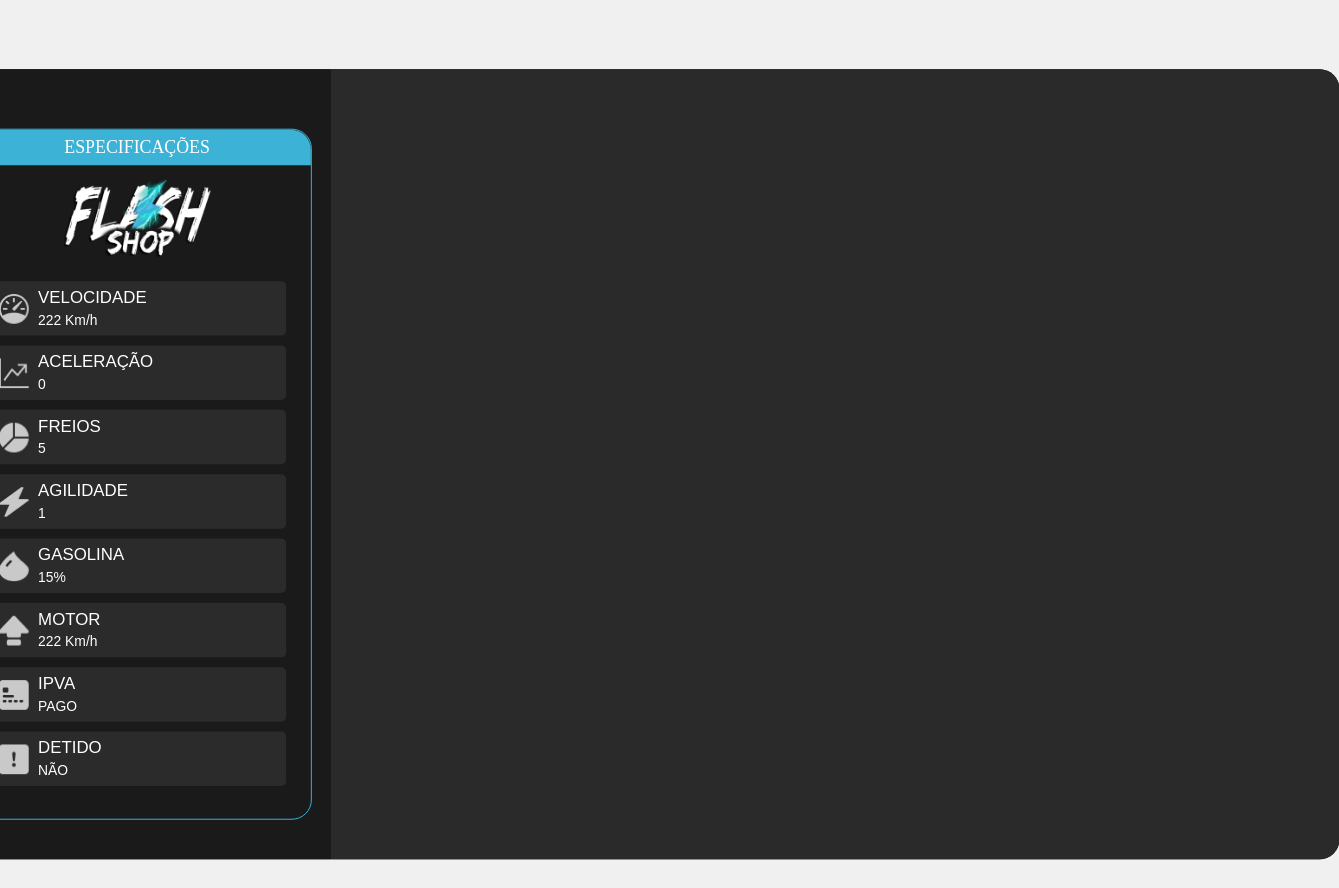
Repository: DuMCorrea/Garagem
Page: index.html
These files come from the project's save history. The page is drawn as it stood at one moment and after the next save; the edit follows.
The browser window is 1280 px wide. The page is 1353 px wide, so the pictures cover 1353 px, including what lies to the right of the window. The pictures show the whole page, at 99% of full size.
Some web fonts or font styles are not loaded; a fallback is used.

Above is the page before, as saved 2024-08-22 10:54:02.

After the next save:
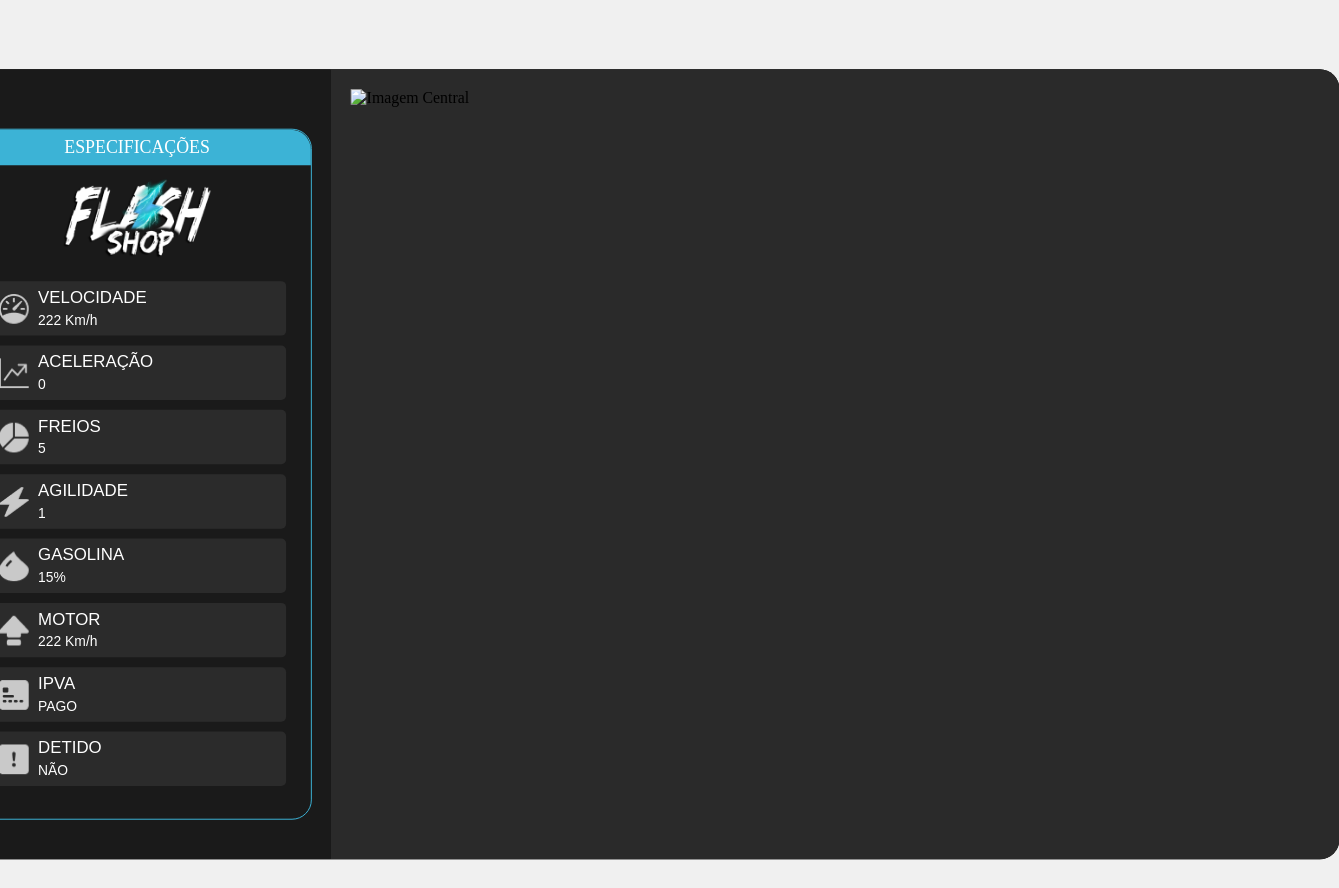
Not found: assets/sua-imagem.png
Saved 49 min 24 s later.
--- a/index.html
+++ b/index.html
@@ -74,8 +74,12 @@
                 </div>
             </div>
         </div>
+
+
         <div class="div-direita">
-            <!-- Conteúdo do centro e da direita -->
+            <div class="retangulo-fundo">
+                <img src="assets/sua-imagem.png" alt="Imagem Central" class="imagem-central">
+            </div>
         </div>
     </div>
 </body>
